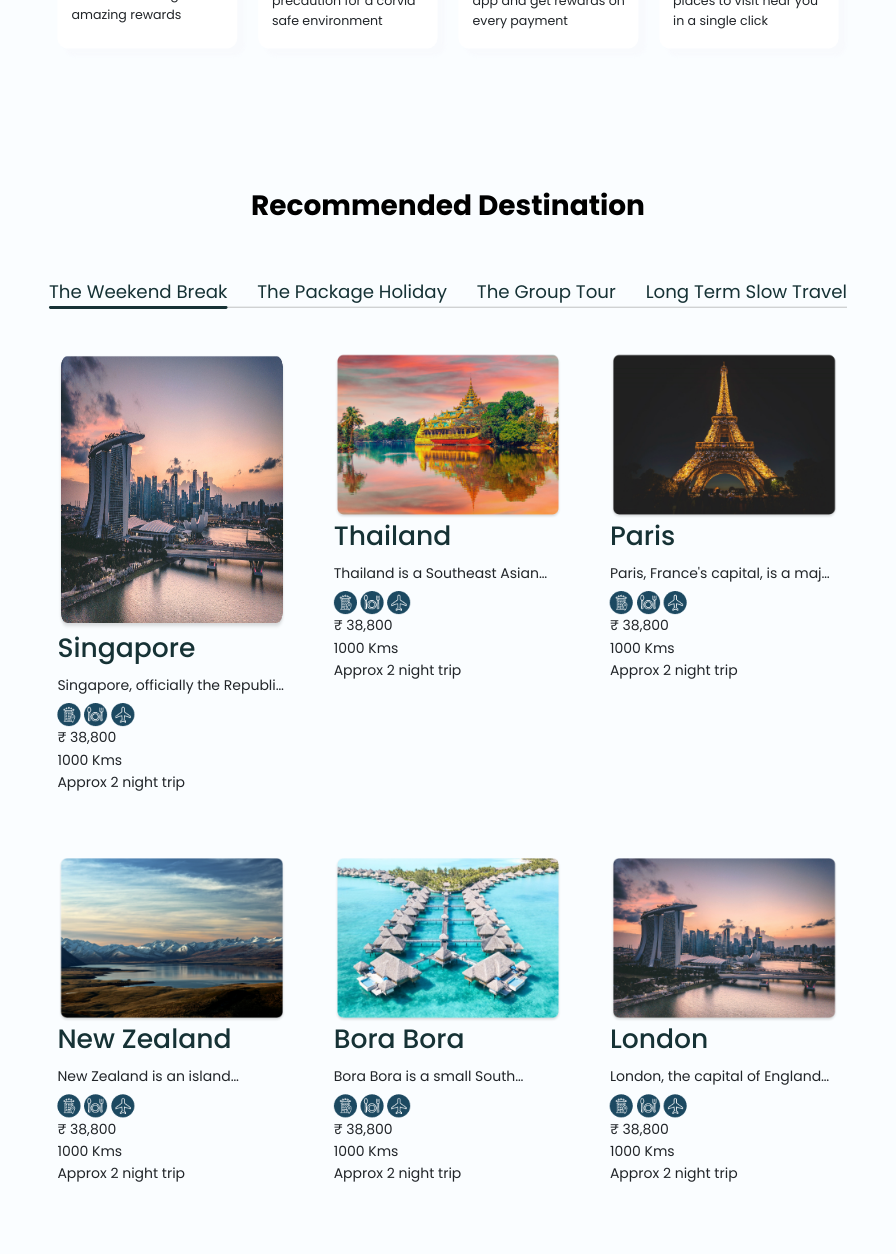
Repository: kuluong2000/travel
Page: index.html
An editor plug-in stored every save of this project. The page is shown before and after the next save, followed by the edit.
The browser window is 1280 px wide. The pictures show the part of the page from y = 1036 to 2956 px (the page is 2828 px tall before and 2956 px after), at 70% of full size.
The style sheet was rebuilt from its Sass, Less or Tailwind sources for each picture, by a compiler version that may differ from the author's.

Above is the page before, as saved 2021-09-09 21:34:15.

### index.html
<!DOCTYPE html>
<html lang="en">
  <head>
    <meta charset="UTF-8" />
    <meta http-equiv="X-UA-Compatible" content="IE=edge" />
    <meta name="viewport" content="width=device-width, initial-scale=1.0" />
    <link rel="stylesheet" href="./libs/css/bootstrap.min.css" />
    <link rel="stylesheet" href="./libs/css/animate.css" />
    <link rel="stylesheet" href="./libs/css/slick-theme.css" />
    <link rel="stylesheet" href="./libs/css/slick.css" />
    <link rel="stylesheet" href="./assets/css/reset.css" />
    <link rel="stylesheet" href="./assets/css/style.css" />
    <link rel="stylesheet" href="./assets/css/responsive.css" />
    <title>Document</title>
  </head>
  <body>
    <header class="header">
      <div class="container">
        <div class="row">
          <div class="header__main">
            <div class="header__logo">
              <a href="/">
                <img src="./assets/image/logo.png" alt="" srcset="" />
              </a>
            </div>
            <div class="sub-menu">
              <div class="line1"></div>
              <div class="line2"></div>
              <div class="line3"></div>
            </div>
            <nav>
              <ul class="header__menu">
                <li class="header__menu__item">
                  <a class="header__mennu__item__link" href="/">Home</a>
                </li>
                <li class="header__menu__item">
                  <a class="header__mennu__item__link" href="/">About</a>
                </li>
                <li class="header__menu__item">
                  <a class="header__mennu__item__link" href="/">Places</a>
                </li>
                <li class="header__menu__item">
                  <a class="header__mennu__item__link" href="/">Careers</a>
                </li>
                <li class="header__menu__item">
                  <a class="header__mennu__item__link" href="/">Blog</a>
                </li>
              </ul>
            </nav>
            <a href="#" class="header__conn"> Connection </a>
          </div>
        </div>
      </div>
    </header>
    <main>
      <section class="banner">
        <div class="container">
          <div class="row">
            <div class="banner__main">
              <div class="banner__main__top">
                <h1 class="banner__main__title">Travel To explore</h1>
                <p class="banner__main__desc">Lorem ipsum dolor sit amet consectetur adipisicing elit. Quisquam sapiente quidem, quam perspiciatis ea consequatur qui officiis unde molestias</p>
              </div>
              <div class="banner__main__bottom">
                <div class="banner__main_list">
                  <div class="banner__main__item">
                    <h4 class="banner__main__item__caption">Where You Want to go</h4>
                    <a href="/" class="banner__main__item__desc">
                      <ion-icon name="search-outline" class="banner__main__item__desc--icon"> </ion-icon>
                      <p>Search yourLocation</p>
                    </a>
                  </div>
                  <div class="banner__main__item">
                    <h4 class="banner__main__item__caption">Check-in</h4>
                    <a href="/" class="banner__main__item__desc">Add Date</a>
                  </div>
                  <div class="banner__main__item">
                    <h4 class="banner__main__item__caption">check-out</h4>
                    <a href="/" class="banner__main__item__desc">add Date</a>
                  </div>
                </div>
                <a href="/" class="banner__btn"> explore Now</a>
              </div>
            </div>
          </div>
        </div>
      </section>
      <section class="about">
        <div class="container">
          <div class="row">
            <div class="about__main">
              <div class="about__item">
                <img src="./assets/image/bestPrices.png" alt="" class="about__item--img" />
                <div class="about__item__info">
                  <h4 class="about__item--title">Get Best Prices</h4>
                  <p class="about__item--desc">Pay through our application and save thousands and get amazing rewards</p>
                </div>
              </div>
              <div class="about__item">
                <img src="./assets/image/covidSafe.png" alt="" class="about__item--img" />
                <div class="about__item__info">
                  <h4 class="about__item--title">Covid Safe</h4>
                  <p class="about__item--desc">We have all the curated hotels that have all the precaution for a corvid safe environment</p>
                </div>
              </div>

              <div class="about__item">
                <img src="./assets/image/payment.png" alt="" class="about__item--img" />
                <div class="about__item__info">
                  <h4 class="about__item--title">Flexible Payment</h4>
                  <p class="about__item--desc">Enjoy the flexible payment through our app and get rewards on every payment</p>
                </div>
              </div>
              <div class="about__item">
                <img src="./assets/image/nearYou.png" alt="" class="about__item--img" />
                <div class="about__item__info">
                  <h4 class="about__item--title">Find The Best Near You</h4>
                  <p class="about__item--desc">Find the best hotels and places to visit near you in a single click</p>
                </div>
              </div>
            </div>
          </div>
        </div>
      </section>
      <section class="destination">
        <div class="container">
          <div class="row">
            <h2 class="destination__title">Recommended Destination</h2>
            <div class="destination__menu">
              <ul class="nav nav-pills d-flex justify-content-between" id="pills-tab" role="tablist">
                <li class="nav-item destination__menu__item" role="presentation">
                  <button class="nav-link destination__menu__link active" id="pills-home-tab" data-bs-toggle="pill" data-bs-target="#pills-home" type="button" role="tab" aria-controls="pills-home" aria-selected="true">The Weekend Break</button>
                </li>
                <li class="nav-item destination__menu__item" role="presentation">
                  <button class="nav-link destination__menu__link" id="pills-profile-tab" data-bs-toggle="pill" data-bs-target="#pills-profile" type="button" role="tab" aria-controls="pills-profile" aria-selected="false">The Package Holiday</button>
                </li>
                <li class="nav-item destination__menu__item" role="presentation">
                  <button class="nav-link destination__menu__link" id="pills-contact-tab" data-bs-toggle="pill" data-bs-target="#pills-contact" type="button" role="tab" aria-controls="pills-contact" aria-selected="false">The Group Tour</button>
                </li>
                <li class="nav-item destination__menu__item" role="presentation">
                  <button class="nav-link destination__menu__link" id="pills-contact-tab" data-bs-toggle="pill" data-bs-target="#pills-contact" type="button" role="tab" aria-controls="pills-contact" aria-selected="false">
                    Long Term Slow Travel
                  </button>
                </li>
              </ul>
            </div>
            <div class="tab-content" id="pills-tabContent">
              <div class="tab-pane fade show active" id="pills-home" role="tabpanel" aria-labelledby="pills-home-tab">
                <div class="destination__cards">
                  <div class="destination__card">
                    <img src="./assets/image/Singapore.png" alt="" class="destination__card__img" />
                    <div class="destination__card__content">
                      <div class="destination__card__top">
                        <h4 class="destination__card__top__name">Singapore</h4>
                        <p class="destination__card__top__desc">Singapore, officially the Republic of Singapore, is a sovereign island city-state in maritime Southeast Asia.</p>
                      </div>
                      <div class="destination__card__bottom">
                        <div class="destination__card__bottom__service">
                          <div class="destination__card__bottom__service__img">
                            <img src="./assets/image/destination_icon1.png" alt="" />
                            <img src="./assets/image/destination_icon2.png" alt="" />
                            <img src="./assets/image/destination_icon3.png" alt="" />
                          </div>
                          <p class="destination__card__bottom__service__price"><span>₹ </span> 38,800</p>
                        </div>
                        <div class="destination__card__bottom__info">
                          <p>1000 <span>Kms</span></p>
                          <p>Approx 2 night trip</p>
                        </div>
                      </div>
                    </div>
                  </div>
                  <div class="destination__card">
                    <img src="./assets/image/Thailand.png" alt="" class="destination__img" />
                    <div class="destination__card__content">
                      <div class="destination__card__top">
                        <h4 class="destination__card__top__name">Thailand</h4>
                        <p class="destination__card__top__desc">Thailand is a Southeast Asian country. It's known for tropical beaches, opulent royal palaces.</p>
                      </div>
                      <div class="destination__card__bottom">
                        <div class="destination__card__bottom__service">
                          <div class="destination__card__bottom__service__img">
                            <img src="./assets/image/destination_icon1.png" alt="" />
                            <img src="./assets/image/destination_icon2.png" alt="" />
                            <img src="./assets/image/destination_icon3.png" alt="" />
                          </div>
                          <p class="destination__card__bottom__service__price"><span>₹ </span> 38,800</p>
                        </div>
                        <div class="destination__card__bottom__info">
                          <p>1000 <span>Kms</span></p>
                          <p>Approx 2 night trip</p>
                        </div>
                      </div>
                    </div>
                  </div>
                  <div class="destination__card">
                    <img src="./assets/image/Paris.png" alt="" class="destination__img" />
                    <div class="destination__card__content">
                      <div class="destination__card__top">
                        <h4 class="destination__card__top__name">Paris</h4>
                        <p class="destination__card__top__desc">Paris, France's capital, is a major European city and a global center for art, fashion, gastronomy and culture.</p>
                      </div>
                      <div class="destination__card__bottom">
                        <div class="destination__card__bottom__service">
                          <div class="destination__card__bottom__service__img">
                            <img src="./assets/image/destination_icon1.png" alt="" />
                            <img src="./assets/image/destination_icon2.png" alt="" />
                            <img src="./assets/image/destination_icon3.png" alt="" />
                          </div>
                          <p class="destination__card__bottom__service__price"><span>₹ </span> 38,800</p>
                        </div>
                        <div class="destination__card__bottom__info">
                          <p>1000 <span>Kms</span></p>
                          <p>Approx 2 night trip</p>
                        </div>
                      </div>
                    </div>
                  </div>
                  <div class="destination__card">
                    <img src="./assets/image/New Zealand.png" alt="" class="destination__img" />
                    <div class="destination__card__content">
                      <div class="destination__card__top">
                        <h4 class="destination__card__top__name">New Zealand</h4>
                        <p class="destination__card__top__desc">New Zealand is an island country in the southwestern Pacific Ocean. It consists of two main landmasses.</p>
                      </div>
                      <div class="destination__card__bottom">
                        <div class="destination__card__bottom__service">
                          <div class="destination__card__bottom__service__img">
                            <img src="./assets/image/destination_icon1.png" alt="" />
                            <img src="./assets/image/destination_icon2.png" alt="" />
                            <img src="./assets/image/destination_icon3.png" alt="" />
                          </div>
                          <p class="destination__card__bottom__service__price"><span>₹ </span> 38,800</p>
                        </div>
                        <div class="destination__card__bottom__info">
                          <p>1000 <span>Kms</span></p>
                          <p>Approx 2 night trip</p>
                        </div>
                      </div>
                    </div>
                  </div>
                  <div class="destination__card">
                    <img src="./assets/image/Bora Bora.png" alt="" class="destination__img" />
                    <div class="destination__card__content">
                      <div class="destination__card__top">
                        <h4 class="destination__card__top__name">Bora Bora</h4>
                        <p class="destination__card__top__desc">Bora Bora is a small South Pacific island northwest of Tahiti in French Polynesia. Surrounded by sand.</p>
                      </div>
                      <div class="destination__card__bottom">
                        <div class="destination__card__bottom__service">
                          <div class="destination__card__bottom__service__img">
                            <img src="./assets/image/destination_icon1.png" alt="" />
                            <img src="./assets/image/destination_icon2.png" alt="" />
                            <img src="./assets/image/destination_icon3.png" alt="" />
                          </div>
                          <p class="destination__card__bottom__service__price"><span>₹ </span> 38,800</p>
                        </div>
                        <div class="destination__card__bottom__info">
                          <p>1000 <span>Kms</span></p>
                          <p>Approx 2 night trip</p>
                        </div>
                      </div>
                    </div>
                  </div>
                  <div class="destination__card">
                    <img src="./assets/image/London.png" alt="" class="destination__img" />
                    <div class="destination__card__content">
                      <div class="destination__card__top">
                        <h4 class="destination__card__top__name">London</h4>
                        <p class="destination__card__top__desc">London, the capital of England and the United Kingdom, is a 21st-century city with history stretching.</p>
                      </div>
                      <div class="destination__card__bottom">
                        <div class="destination__card__bottom__service">
                          <div class="destination__card__bottom__service__img">
                            <img src="./assets/image/destination_icon1.png" alt="" />
                            <img src="./assets/image/destination_icon2.png" alt="" />
                            <img src="./assets/image/destination_icon3.png" alt="" />
                          </div>
                          <p class="destination__card__bottom__service__price"><span>₹ </span> 38,800</p>
                        </div>
                        <div class="destination__card__bottom__info">
                          <p>1000 <span>Kms</span></p>
                          <p>Approx 2 night trip</p>
                        </div>
                      </div>
                    </div>
                  </div>
                </div>
              </div>
              <div class="tab-pane fade" id="pills-profile" role="tabpanel" aria-labelledby="pills-profile-tab">...</div>
              <div class="tab-pane fade" id="pills-contact" role="tabpanel" aria-labelledby="pills-contact-tab">...</div>
            </div>
          </div>
        </div>
      </section>
    </main>

    <script src="./libs/Js/jquery-3.5.1.slim.min.js"></script>
    <script type="module" src="https://unpkg.com/ionicons@5.5.2/dist/ionicons/ionicons.esm.js"></script>
    <script nomodule src="https://unpkg.com/ionicons@5.5.2/dist/ionicons/ionicons.js"></script>
    <script src="./libs/Js/bootstrap.min.js"></script>
    <script src="./libs/Js/slick.min.js"></script>
    <script src="./libs/Js/wow.js"></script>
    <script src="./assets/Js/main.js"></script>
  </body>
</html>

### assets/css/reset.css
html, body, div, span, applet, object, iframe,
h1, h2, h3, h4, h5, h6, p, blockquote, pre,
a, abbr, acronym, address, big, cite, code,
del, dfn, em, img, ins, kbd, q, s, samp,
small, strike, strong, sub, sup, tt, var,
b, u, i, center,
dl, dt, dd, ol, ul, li,
fieldset, form, label, legend,
table, caption, tbody, tfoot, thead, tr, th, td,
article, aside, canvas, details, embed,
figure, figcaption, footer, header, hgroup,
menu, nav, output, ruby, section, summary,
time, mark, audio, video {
	margin: 0;
	padding: 0;
	border: 0;
	font-size: 100%;
	vertical-align: baseline;
}
/* HTML5 display-role reset for older browsers */
article, aside, details, figcaption, figure,
footer, header, hgroup, menu, nav, section {
	display: block;
}
* {
	box-sizing: border-box;
}
body {
	line-height: 1;
  font-family: 'Muli', sans-serif;


  font-style: normal;
  font-weight: normal;
  font-size: 16px;
  line-height: 32px;
}
ol, ul {
	list-style: none;
}
blockquote, q {
	quotes: none;
}
blockquote:before, blockquote:after,
q:before, q:after {
	content: '';
	content: none;
}
table {
	border-collapse: collapse;
	border-spacing: 0;
}

img {
  max-width: 100%;
	vertical-align: bottom;
}
a {
	outline: none;
}

### assets/sass/style.scss
@import "global";
@import "variable";
@import "header";
@import "banner";
@import "about";
@import "destination";

### assets/sass/_global.scss
@import url('https://fonts.googleapis.com/css2?family=Montserrat:wght@300;400;500;600;700;800;900&family=Poppins:wght@300;400;500;600;700;800;900&display=swap');
*{
    padding: 0;
    margin: 0;
    box-sizing: border-box;
}
body{
    font-family: 'Poppins', sans-serif;
    line-height: 1.6;
    font-size: 20px;
    // background-color: rgb(247,248,252);
    background-color: #FAFDFF;
}

### assets/sass/_variable.scss
$color-white:#FFFFFF;
$color-dark-blue:#1C4961;

$color-blue:#4468E2;
$color-light-blue:#E1E8F8;
$color-black:#000000;
$color-text:#163235;
$color-gray:#848484

### assets/sass/_about.scss
.about {
    padding: 178px 0;
  &__main{
    display: grid;
    grid-template-columns: repeat(4,1fr);
    grid-column-gap: 100px;
}
  &__item{

    background-color:$color-white;
    border-radius: 15px;
    box-shadow: 10px 10px 5px 0px rgba(247,248,252,0.75);

    display: flex;
    flex-direction: column;
    &:first-child{
        padding: 29px 68px 21px 26px;
    }
    &:nth-child(2){
         padding: 29px 58px 25px 26px;
    }
    &:nth-child(3){
         padding: 29px 14px 51px 31px;
    }
    &:last-child{
        padding: 29px 33px 51px 24px;
    }


}
  &__item__info{
      margin-top: 10px;
    display: flex ;
    flex-direction: column;
    flex: 1;

  }
  &__item--img{
    width: 103px;
    height: 97px;

}
  &__item--title{
    font-size: 24px;
    margin-bottom: 20px;
}
  &__item--desc{
    font-size: 18px;
}
}

### assets/sass/_destination.scss
.destination{
    padding: 100px 0;
    &__title{
        font-size: 40px;
        font-weight: bold;
        color: $color-black;
        margin-bottom:79px;
        text-align: center;
    }
    &__menu{
        width: 1200px;
        margin: 0 auto;
        padding: 0;
        border-bottom:  1px solid #A7A7A7;
        &__item{

        }
        &__link{
            color: $color-text;
            font-size: 26px;
            position: relative;
            padding:0;
            &::before{
                content: '';
                position: absolute;
                bottom: -3px;
                left: 0;
                width: 100%;
                height: 4px ;
                border-radius: 50px;
                transform: scale(0);
                background-color: $color-text;
                transition: transform 0.5s ease-in-out;
            }
            &.active::before{
                transform: scale(1);
            }
        }
        &__link.active{
            background-color: transparent !important;
            color: $color-text !important;
        }
        &__link:hover{
            color: unset;
        }

    }

    &__cards{
        display: grid;
        grid-template-columns: repeat(3, 1fr);
        grid-gap: 90px 68px;
        margin-top: 65px;
    }
    &__card{

    }
    &__card__img{
        width: 552px;
        height: 398px;
    }
    &__card__content{

    }
    &__card__top{

    }
    &__card__top__name{
        font-size: 38px;
        color: $color-text;
        margin-bottom: 14px;
    }
    &__card__top__desc{
        display: -webkit-box;
        -webkit-line-clamp: 1;
        -webkit-box-orient: vertical;
        word-break: break-word;
        overflow: hidden;
        margin-bottom: 10px;
    }
    &__card__bottom{

    }
    &__card__bottom__service{

    }
    &__card__bottom__service__img{

    }
    &__card__bottom__service__price{

    }
    &__card__bottom__info{

    }

}

Loaded but not shown: libs/css/bootstrap.min.css (library); libs/css/animate.css (library); libs/css/slick-theme.css (library); libs/css/slick.css (common file); libs/Js/jquery-3.5.1.slim.min.js (library); libs/Js/bootstrap.min.js (library); libs/Js/slick.min.js (library); libs/Js/wow.js (library); assets/Js/main.js (6 lines, source omitted); assets/css/responsive.css (211 lines, source omitted); assets/sass/_header.scss (84 lines, source omitted); assets/sass/_banner.scss (84 lines, source omitted)

After the next save:
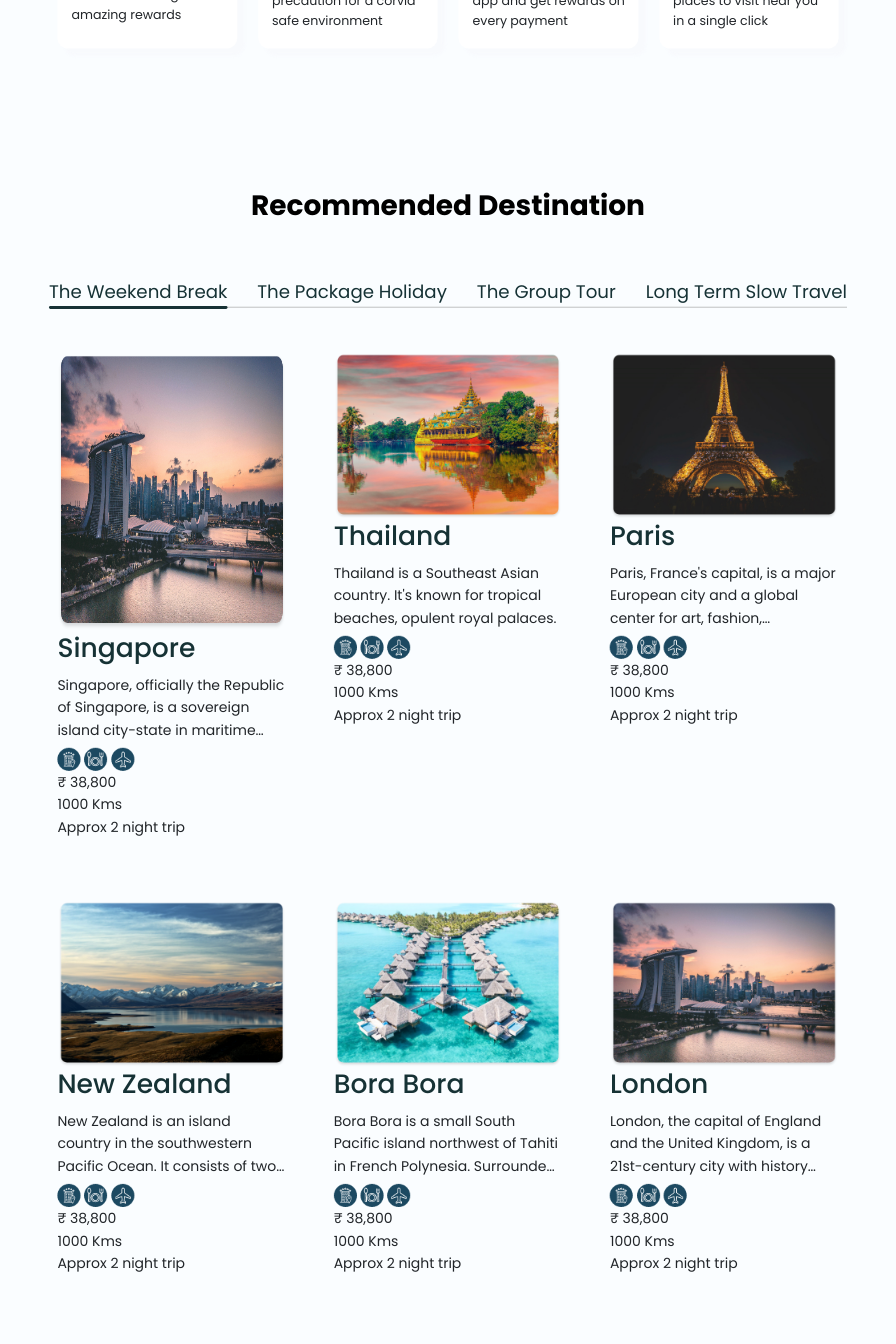
Saved 15 s later.
--- a/assets/sass/_destination.scss
+++ b/assets/sass/_destination.scss
@@ -72,7 +72,7 @@
     }
     &__card__top__desc{
         display: -webkit-box;
-        -webkit-line-clamp: 1;
+        -webkit-line-clamp: 3;
         -webkit-box-orient: vertical;
         word-break: break-word;
         overflow: hidden;
